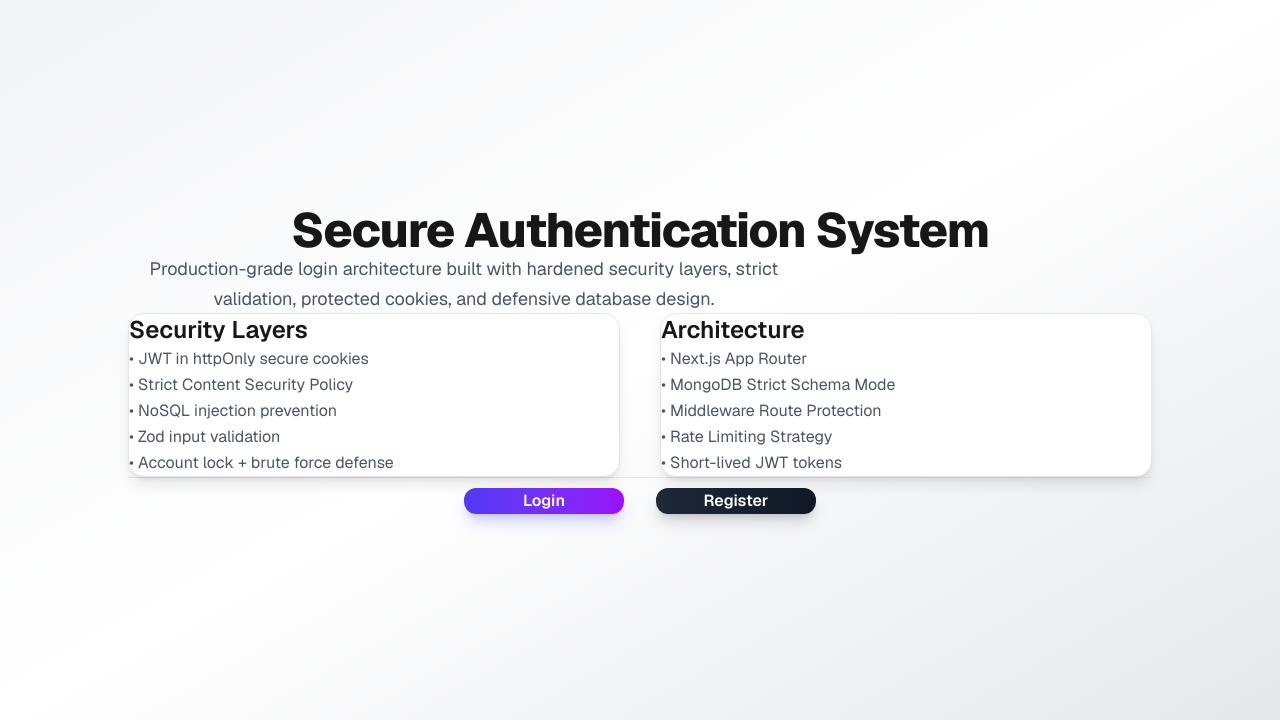
Repository: swastikjhacoder/secure-auth-app
Page: /
The author's editor kept a copy of each file at every save. The page is drawn from the files as they stood at one save, then again after the next save.
The browser window is 1280 px wide. The pictures show the whole page.
The project was rebuilt for these pictures with package versions that can differ from the ones it lists, and the page was loaded fresh each time. The framework's server and built-in components were replaced by stand-ins that run in the browser. Also part of the build but not shown: next.config.mjs.

Above is the page before, as saved 2026-03-02 13:07:49.

After the next save:
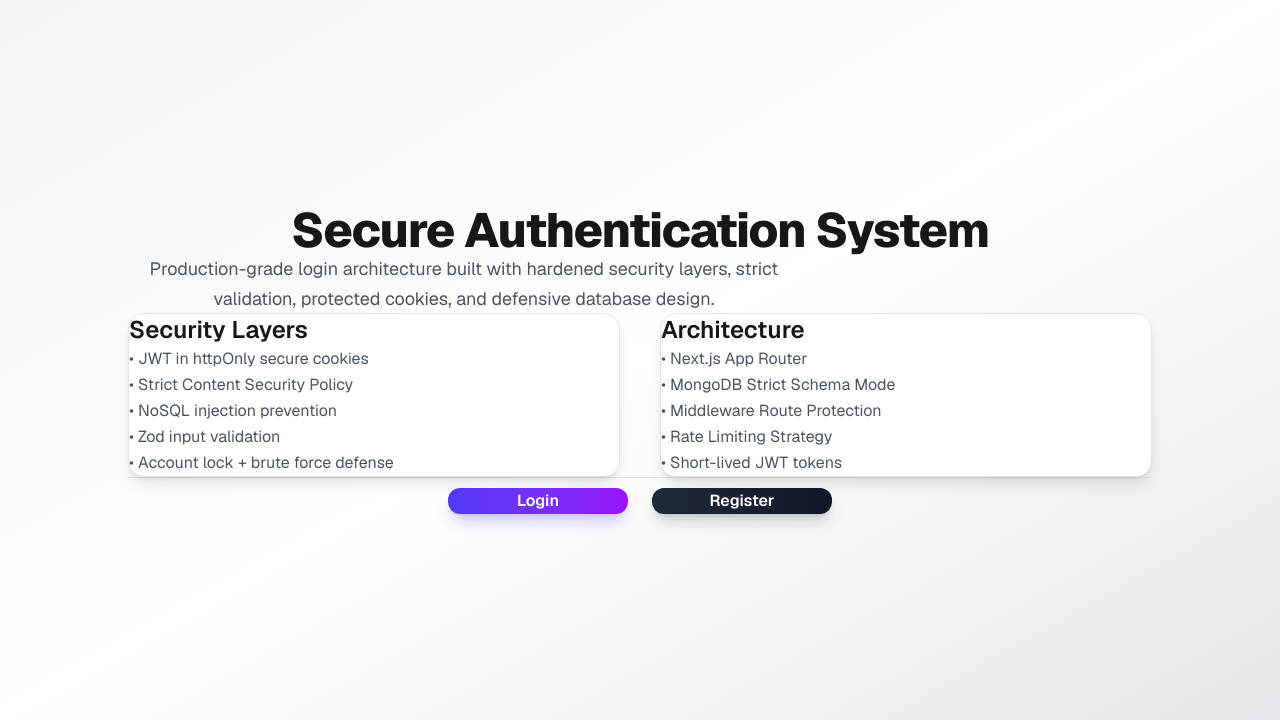
Saved 63 s later.
--- a/src/app/page.js
+++ b/src/app/page.js
@@ -2,10 +2,11 @@ import Link from "next/link";
 
 export default function Home() {
   return (
-    <div className="min-h-screen bg-linear-to-br from-gray-100 via-white to-gray-200 dark:from-black dark:via-zinc-900 dark:to-black flex items-center justify-center px-6 py-16">
-      <div className="w-full max-w-5xl">
+    <div className="min-h-screen bg-gradient-to-br from-gray-100 via-white to-gray-200 dark:from-black dark:via-zinc-900 dark:to-black flex items-center justify-center px-6 py-20">
+      <div className="w-full max-w-5xl space-y-20">
+        {/* ================= HERO SECTION ================= */}
         <div className="text-center space-y-6">
-          <h1 className="text-5xl font-extrabold tracking-tight">
+          <h1 className="text-4xl sm:text-5xl font-extrabold tracking-tight">
             Secure Authentication System
           </h1>
 
@@ -16,7 +17,9 @@ export default function Home() {
           </p>
         </div>
 
-        <div className="grid gap-10 md:grid-cols-2 mt-20">
+        {/* ================= FEATURE CARDS ================= */}
+        <div className="grid gap-10 md:grid-cols-2">
+          {/* Security Card */}
           <div className="h-full rounded-2xl border border-border bg-card shadow-lg transition-all duration-300 hover:-translate-y-1 hover:shadow-2xl">
             <div className="p-10 space-y-6">
               <h3 className="text-2xl font-semibold">Security Layers</h3>
@@ -31,6 +34,7 @@ export default function Home() {
             </div>
           </div>
 
+          {/* Architecture Card */}
           <div className="h-full rounded-2xl border border-border bg-card shadow-lg transition-all duration-300 hover:-translate-y-1 hover:shadow-2xl">
             <div className="p-10 space-y-6">
               <h3 className="text-2xl font-semibold">Architecture</h3>
@@ -46,28 +50,29 @@ export default function Home() {
           </div>
         </div>
 
-        <div className="flex justify-center gap-8 mt-16 pt-10 border-t border-gray-200 dark:border-zinc-800">
+        {/* ================= CTA SECTION ================= */}
+        <div className="flex flex-col sm:flex-row justify-center items-center gap-6 pt-10 border-t border-border">
           <Link
             href="/login"
-            className="min-w-[160px] px-10 py-4 rounded-xl font-semibold text-white
-             bg-linear-to-r from-indigo-600 to-purple-600
-             shadow-lg shadow-indigo-500/30
-             hover:from-indigo-500 hover:to-purple-500
-             hover:shadow-indigo-500/50
-             transition-all duration-300 text-center"
+            className="w-full sm:w-auto min-w-[180px] px-10 py-4 rounded-xl font-semibold text-white
+                       bg-gradient-to-r from-indigo-600 to-purple-600
+                       shadow-lg shadow-indigo-500/30
+                       hover:from-indigo-500 hover:to-purple-500
+                       hover:shadow-indigo-500/50
+                       transition-all duration-300 text-center"
           >
             Login
           </Link>
 
           <Link
             href="/register"
-            className="min-w-[160px] px-10 py-4 rounded-xl font-semibold
-             bg-linear-to-r from-gray-800 to-gray-900
-             text-white
-             shadow-lg shadow-gray-500/30
-             hover:from-gray-700 hover:to-black
-             hover:shadow-gray-500/50
-             transition-all duration-300 text-center"
+            className="w-full sm:w-auto min-w-[180px] px-10 py-4 rounded-xl font-semibold
+                       bg-gradient-to-r from-gray-800 to-gray-900
+                       text-white
+                       shadow-lg shadow-gray-500/30
+                       hover:from-gray-700 hover:to-black
+                       hover:shadow-gray-500/50
+                       transition-all duration-300 text-center"
           >
             Register
           </Link>
